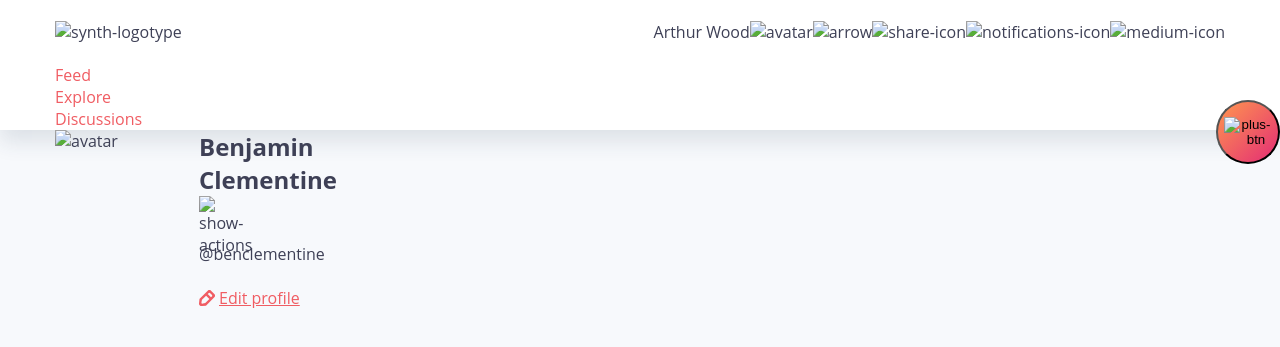
Repository: ecspetra/swivl-test-task
Page: index.html
An editor plug-in stored every save of this project. The page is shown before and after the next save, followed by the edit.
The browser window is 1280 px wide. The pictures show the whole page.

Above is the page before, as saved 2021-12-09 20:38:14.

After the next save:
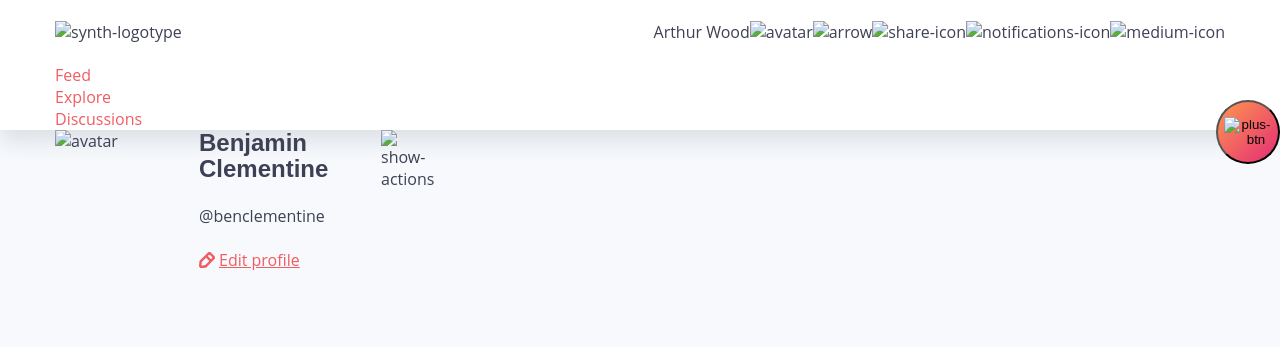
Saved 81 s later.
--- a/index.html
+++ b/index.html
@@ -59,8 +59,8 @@
                         <div class="profile__avatar-wrapper">
                             <img class="profile__avatar" src="" alt="avatar">
                         </div>
-                        <div class="profile__">
-                            <h2 class="profile__username">Benjamin Clementine</h2>
+                        <div class="profile__name-wrapper">
+                            <h2 class="profile__name">Benjamin Clementine</h2>
                             <div class="profile__dots-wrapper">
                                 <img class="profile__dots" src="" alt="show-actions">
                             </div>
